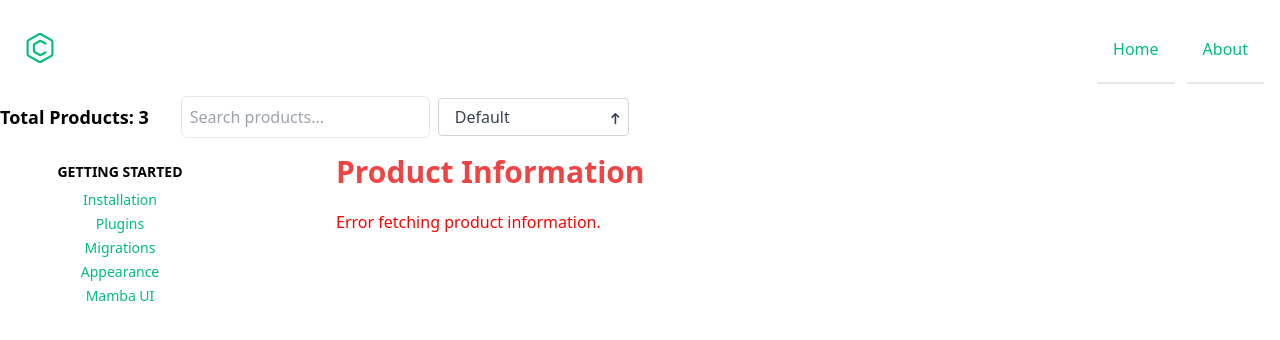
Repository: loktioncode/vectra-shop
Page: /
These files come from the project's save history. The page is drawn as it stood at one moment and after the next save; the edit follows.
The browser window is 1280 px wide. The pictures show the whole page.
The page's requests for data from a server got no answer. The project was rebuilt for these pictures with package versions that can differ from the ones it lists, and the page was loaded fresh each time. No one was signed in, and anything a server would have sent is missing. Also part of the build but not shown: vite.config.ts, src/components/ProductCard.vue. Imported but missing from the stored project, and not drawn on this page: src/components/Counter.vue.

Above is the page before, as saved 2023-09-20 15:58:54.

### src/assets/main.css
@tailwind base;
@tailwind components;
@tailwind utilities;

@import './base.css';

a,
.green {
  text-decoration: none;
  color: hsla(160, 100%, 37%, 1);
  transition: 0.4s;
}

@media (hover: hover) {
  a:hover {
    background-color: hsla(160, 100%, 37%, 0.2);
  }
}

### src/App.vue
<!-- <script setup lang="ts">
import { RouterLink, RouterView } from 'vue-router'
import HelloWorld from './components/HelloWorld.vue'
</script> -->

<template>
  <div class="app">

    <header class="p-4 dark:bg-gray-800 dark:text-gray-100">
      <div class="container flex justify-between h-16 mx-auto">
        <a rel="noopener noreferrer" href="#" aria-label="Back to homepage" class="flex items-center p-2">
          <svg xmlns="http://www.w3.org/2000/svg" fill="currentColor" viewBox="0 0 32 32"
            class="w-8 h-8 dark:text-violet-400">
            <path
              d="M27.912 7.289l-10.324-5.961c-0.455-0.268-1.002-0.425-1.588-0.425s-1.133 0.158-1.604 0.433l0.015-0.008-10.324 5.961c-0.955 0.561-1.586 1.582-1.588 2.75v11.922c0.002 1.168 0.635 2.189 1.574 2.742l0.016 0.008 10.322 5.961c0.455 0.267 1.004 0.425 1.59 0.425 0.584 0 1.131-0.158 1.602-0.433l-0.014 0.008 10.322-5.961c0.955-0.561 1.586-1.582 1.588-2.75v-11.922c-0.002-1.168-0.633-2.189-1.573-2.742zM27.383 21.961c0 0.389-0.211 0.73-0.526 0.914l-0.004 0.002-10.324 5.961c-0.152 0.088-0.334 0.142-0.53 0.142s-0.377-0.053-0.535-0.145l0.005 0.002-10.324-5.961c-0.319-0.186-0.529-0.527-0.529-0.916v-11.922c0-0.389 0.211-0.73 0.526-0.914l0.004-0.002 10.324-5.961c0.152-0.090 0.334-0.143 0.53-0.143s0.377 0.053 0.535 0.144l-0.006-0.002 10.324 5.961c0.319 0.185 0.529 0.527 0.529 0.916z">
            </path>
            <path
              d="M22.094 19.451h-0.758c-0.188 0-0.363 0.049-0.515 0.135l0.006-0.004-4.574 2.512-5.282-3.049v-6.082l5.282-3.051 4.576 2.504c0.146 0.082 0.323 0.131 0.508 0.131h0.758c0.293 0 0.529-0.239 0.529-0.531v-0.716c0-0.2-0.11-0.373-0.271-0.463l-0.004-0.002-5.078-2.777c-0.293-0.164-0.645-0.26-1.015-0.26-0.39 0-0.756 0.106-1.070 0.289l0.010-0.006-5.281 3.049c-0.636 0.375-1.056 1.055-1.059 1.834v6.082c0 0.779 0.422 1.461 1.049 1.828l0.009 0.006 5.281 3.049c0.305 0.178 0.67 0.284 1.061 0.284 0.373 0 0.723-0.098 1.027-0.265l-0.012 0.006 5.080-2.787c0.166-0.091 0.276-0.265 0.276-0.465v-0.716c0-0.293-0.238-0.529-0.529-0.529z">
            </path>
          </svg>
        </a>
        <ul class="items-stretch hidden space-x-3 md:flex">
          <RouterLink to="/" class="flex items-center px-4 -mb-1 border-b-2 dark:border-transparent">Home</RouterLink>
          <RouterLink to="/about" class="flex items-center px-4 -mb-1 border-b-2 dark:border-transparent">About
          </RouterLink>
        </ul>
        <button class="flex justify-end p-4 md:hidden">
          <svg xmlns="http://www.w3.org/2000/svg" fill="none" viewBox="0 0 24 24" stroke="currentColor" class="w-6 h-6">
            <path stroke-linecap="round" stroke-linejoin="round" stroke-width="2" d="M4 6h16M4 12h16M4 18h16"></path>
          </svg>
        </button>
      </div>
    </header>

    <RouterView />

  </div>
</template>

<style >
.app {
  text-align: center;
}
</style>

### src/views/HomeView.vue



<template>
    <Filters />

  <div class="flex">
    <!-- Left Sidebar for Filters -->
    <div class="w-1/4 ">
      <aside class="w-full p-6 sm:w-60 dark:bg-gray-900 dark:text-gray-100">
        <nav class="space-y-10 text-sm">
          <div class="space-y-2">
            <h2 class="text-sm font-semibold tracki uppercase dark:text-gray-400">Getting Started</h2>
            <div class="flex flex-col space-y-1">
              <a rel="noopener noreferrer" href="#">Installation</a>
              <a rel="noopener noreferrer" href="#">Plugins</a>
              <a rel="noopener noreferrer" href="#">Migrations</a>
              <a rel="noopener noreferrer" href="#">Appearance</a>
              <a rel="noopener noreferrer" href="#">Mamba UI</a>
            </div>
          </div>

        </nav>
      </aside>
    </div>

    <!-- Right Side for Product Information -->
    <div class="w-4/4 p-4">
      <h1 class="text-3xl text-red-500 font-bold mb-5">Product Information</h1>
      <Products />
    </div>
  </div>
</template>



<script setup lang="ts">
import Products from '@/components/Products.vue'
import Filters from '@/components/Filters.vue'

</script>

<style>
@media (min-width: 1024px) {
  .home {
    min-height: 100vh;
    align-items: center;
  }



}
</style>

### src/components/Products.vue
<template>
  <div class="flex">
    <div v-if="productStore.loading">Loading...</div>
    <div v-else>
      <div v-if="productStore.error" class="error-message">{{ productStore.error }}</div>
      <div class="px-10">
        <div class="grid grid-cols-4 gap-4">
          <ProductCard v-for="product in productStore.products" :key="product.id" :product="product" />
        </div>
      </div>
    </div>
  </div>
</template>

<script setup lang="ts">
import { onMounted } from 'vue';
import { useProductStore } from '@/stores/productStore';
import ProductCard from '@/components/ProductCard.vue';

const productStore = useProductStore();

async function fetchProductInfo() {
  const apiUrl = 'https://fakestoreapi.com/products'; // Replace with your actual API endpoint
  await productStore.fetchProductInfo(apiUrl);
}

onMounted(() => fetchProductInfo());
</script>

<style scoped>
.error-message {
  color: red;
}
</style>

### src/components/Filters.vue
<template>
    <div class="flex flex-wrap items-center space-x-2">
        <!-- Product Count Display -->
        <div class="text-lg font-semibold mr-4">
            Total Products: {{ filteredProducts.length }}
        </div>

        <!-- Search Form -->
        <div class="flex items-center space-x-2">
            <label for="search" class="sr-only">Search</label>
            <input v-model="searchTerm" id="search" type="text" placeholder="Search products..."
                class="border p-2 rounded-md focus:outline-none focus:ring focus:border-blue-300" />
            <button @click="clearSearch" v-if="searchTerm" class="text-red-500 hover:text-red-700 focus:outline-none">
                Clear
            </button>
        </div>

        <!-- Sort Dropdown -->
        <div class="relative inline-block text-gray-700">
            <select v-model="selectedSortOption"
                class="block appearance-none w-full bg-white border border-gray-300 hover:border-gray-400 px-4 py-2 pr-8 rounded leading-tight focus:outline-none focus:ring">
                <option value="default">Default</option>
                <option value="price-asc">Price (Low to High)</option>
                <option value="price-desc">Price (High to Low)</option>
                <!-- Add more sorting options as needed -->
            </select>
            <div class="pointer-events-none absolute inset-y-0 right-0 flex items-center px-2 text-gray-700">
                <svg class="fill-current h-4 w-4" xmlns="http://www.w3.org/2000/svg" viewBox="0 0 20 20">
                    <path
                        d="M8.293 11.293a1 1 0 001.414 0L12 8.414V18a1 1 0 102 0V8.414l2.293 2.293a1 1 0 101.414-1.414l-4-4a1 1 0 00-1.414 0l-4 4a1 1 0 000 1.414z" />
                </svg>
            </div>
        </div>
    </div>
</template>


<script setup lang="ts">
import { ref, computed } from 'vue';

// Sample product data (replace with your actual data)
const products = [
    { id: 1, name: 'Product 1', price: 20.0 },
    { id: 2, name: 'Product 2', price: 30.0 },
    { id: 3, name: 'Product 3', price: 15.0 },
    // Add more products as needed
];

const searchTerm = ref('');
const selectedSortOption = ref('default');

const clearSearch = () => {
    searchTerm.value = '';
};

const filteredProducts = computed(() => {
    let result = [...products];

    if (searchTerm.value) {
        result = result.filter(product =>
            product.name.toLowerCase().includes(searchTerm.value.toLowerCase())
        );
    }

    if (selectedSortOption.value === 'price-asc') {
        result.sort((a, b) => a.price - b.price);
    } else if (selectedSortOption.value === 'price-desc') {
        result.sort((a, b) => b.price - a.price);
    }

    return result;
});
</script>

### src/stores/productStore.ts
import { defineStore } from 'pinia';

interface Product {
    id: string;
    title: string;
    description: string;
    price: number;
}

export const useProductStore = defineStore({
    id: 'products',
    state: () => ({
        products: [] as Product[],
        loading: false,
        error: null as string | null,
    }),
    actions: {
        async fetchProductInfo(apiUrl: string) {
            try {
                this.loading = true;
                const response = await fetch(apiUrl);

                if (!response.ok) {
                    throw new Error('Network response was not ok');
                }

                this.products = await response.json();
                this.error = null;
            } catch (error) {
                this.error = 'Error fetching product information.';
                console.error(error);
            } finally {
                this.loading = false;
            }
        },
    },
    getters: {


    }
})

### tailwind.config.js
/** @type {import('tailwindcss').Config} */
module.exports = {
  content: [
    "./index.html",
    "./src/**/*.{vue,js,jsx,ts,tsx}",
  ],
  theme: {
    extend: {},
  },
  plugins: [],
}

Loaded but not shown: index.html (common file); src/main.ts (common file); src/router/index.ts (common file)

After the next save:
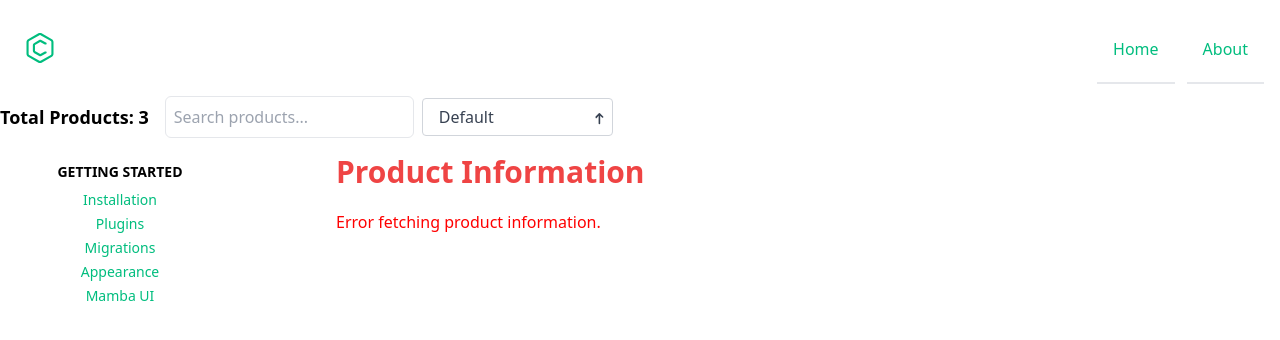
Saved 2 min 44 s later.
--- a/src/components/Filters.vue
+++ b/src/components/Filters.vue
@@ -1,38 +1,55 @@
 <template>
-    <div class="flex flex-wrap items-center space-x-2">
-        <!-- Product Count Display -->
-        <div class="text-lg font-semibold mr-4">
-            Total Products: {{ filteredProducts.length }}
+    <div class="flex flex-col md:flex-row items-center space-y-2 md:space-y-0 md:space-x-2 w-full">
+      <!-- Product Count Display -->
+      <div class="text-lg font-semibold mb-2 md:mb-0">
+        Total Products: {{ filteredProducts.length }}
+      </div>
+
+      <!-- Search Form -->
+      <div class="flex items-center space-x-2 w-full md:w-auto">
+        <label for="search" class="sr-only">Search</label>
+        <input
+          v-model="searchTerm"
+          id="search"
+          type="text"
+          placeholder="Search products..."
+          class="w-full md:w-auto border p-2 rounded-md focus:outline-none focus:ring focus:border-blue-300"
+        />
+        <button
+          @click="clearSearch"
+          v-if="searchTerm"
+          class="text-red-500 hover:text-red-700 focus:outline-none"
+        >
+          Clear
+        </button>
+      </div>
+
+      <!-- Sort Dropdown -->
+      <div class="relative inline-block text-gray-700">
+        <select
+          v-model="selectedSortOption"
+          class="block appearance-none w-full md:w-auto bg-white border border-gray-300 hover:border-gray-400 px-4 py-2 pr-8 rounded leading-tight focus:outline-none focus:ring"
+        >
+          <option value="default">Default</option>
+          <option value="price-asc">Price (Low to High)</option>
+          <option value="price-desc">Price (High to Low)</option>
+          <!-- Add more sorting options as needed -->
+        </select>
+        <div class="pointer-events-none absolute inset-y-0 right-0 flex items-center px-2 text-gray-700">
+          <svg
+            class="fill-current h-4 w-4"
+            xmlns="http://www.w3.org/2000/svg"
+            viewBox="0 0 20 20"
+          >
+            <path
+              d="M8.293 11.293a1 1 0 001.414 0L12 8.414V18a1 1 0 102 0V8.414l2.293 2.293a1 1 0 101.414-1.414l-4-4a1 1 0 00-1.414 0l-4 4a1 1 0 000 1.414z"
+            />
+          </svg>
         </div>
+      </div>
+    </div>
+  </template>
 
-        <!-- Search Form -->
-        <div class="flex items-center space-x-2">
-            <label for="search" class="sr-only">Search</label>
-            <input v-model="searchTerm" id="search" type="text" placeholder="Search products..."
-                class="border p-2 rounded-md focus:outline-none focus:ring focus:border-blue-300" />
-            <button @click="clearSearch" v-if="searchTerm" class="text-red-500 hover:text-red-700 focus:outline-none">
-                Clear
-            </button>
-        </div>
-
-        <!-- Sort Dropdown -->
-        <div class="relative inline-block text-gray-700">
-            <select v-model="selectedSortOption"
-                class="block appearance-none w-full bg-white border border-gray-300 hover:border-gray-400 px-4 py-2 pr-8 rounded leading-tight focus:outline-none focus:ring">
-                <option value="default">Default</option>
-                <option value="price-asc">Price (Low to High)</option>
-                <option value="price-desc">Price (High to Low)</option>
-                <!-- Add more sorting options as needed -->
-            </select>
-            <div class="pointer-events-none absolute inset-y-0 right-0 flex items-center px-2 text-gray-700">
-                <svg class="fill-current h-4 w-4" xmlns="http://www.w3.org/2000/svg" viewBox="0 0 20 20">
-                    <path
-                        d="M8.293 11.293a1 1 0 001.414 0L12 8.414V18a1 1 0 102 0V8.414l2.293 2.293a1 1 0 101.414-1.414l-4-4a1 1 0 00-1.414 0l-4 4a1 1 0 000 1.414z" />
-                </svg>
-            </div>
-        </div>
-    </div>
-</template>
 
 
 <script setup lang="ts">
